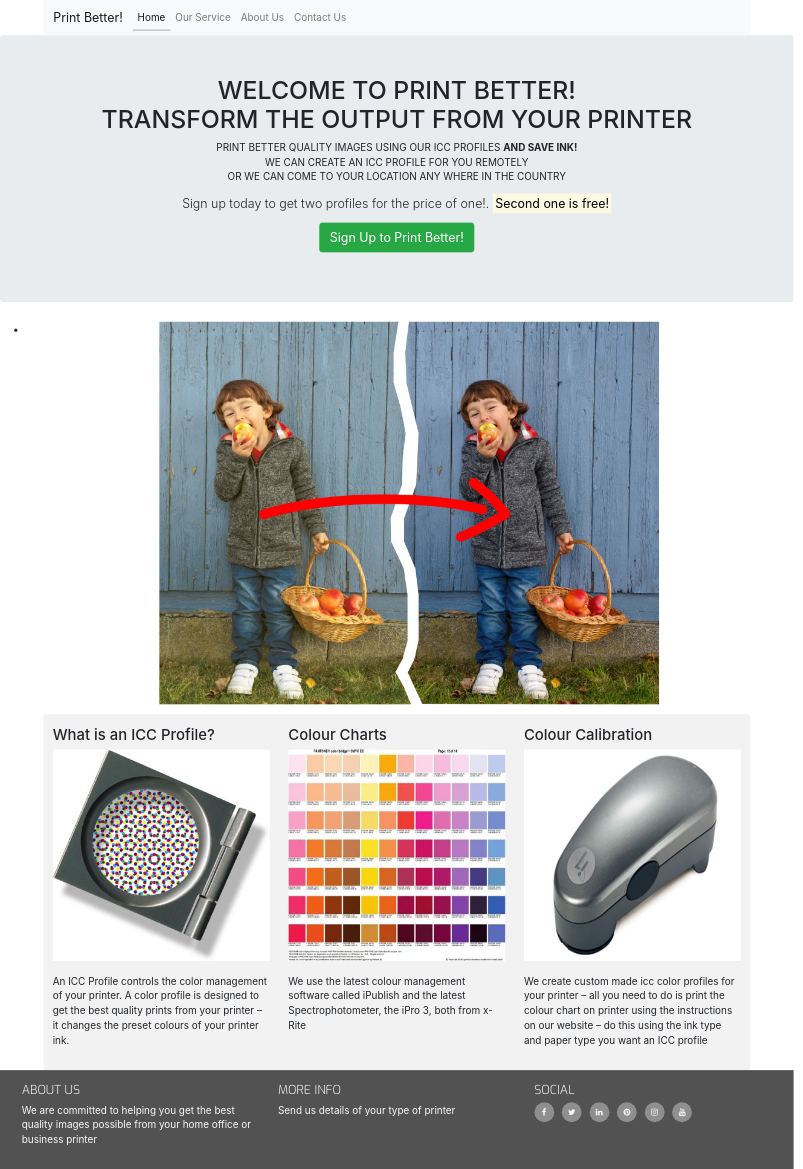
Repository: marks530/first_milestone
Page: navbar2.html
An editor plug-in stored every save of this project. The page is shown before and after the next save, followed by the edit.
The browser window is 1280 px wide. The page is 1280 px wide, then 1295 px, so the pictures cover 1295 px, including what lies to the right of the window. The pictures show the whole page, at 62% of full size.
Some web libraries are served in a nearby version.

Above is the page before, as saved 2021-03-22 16:48:52.

After the next save:
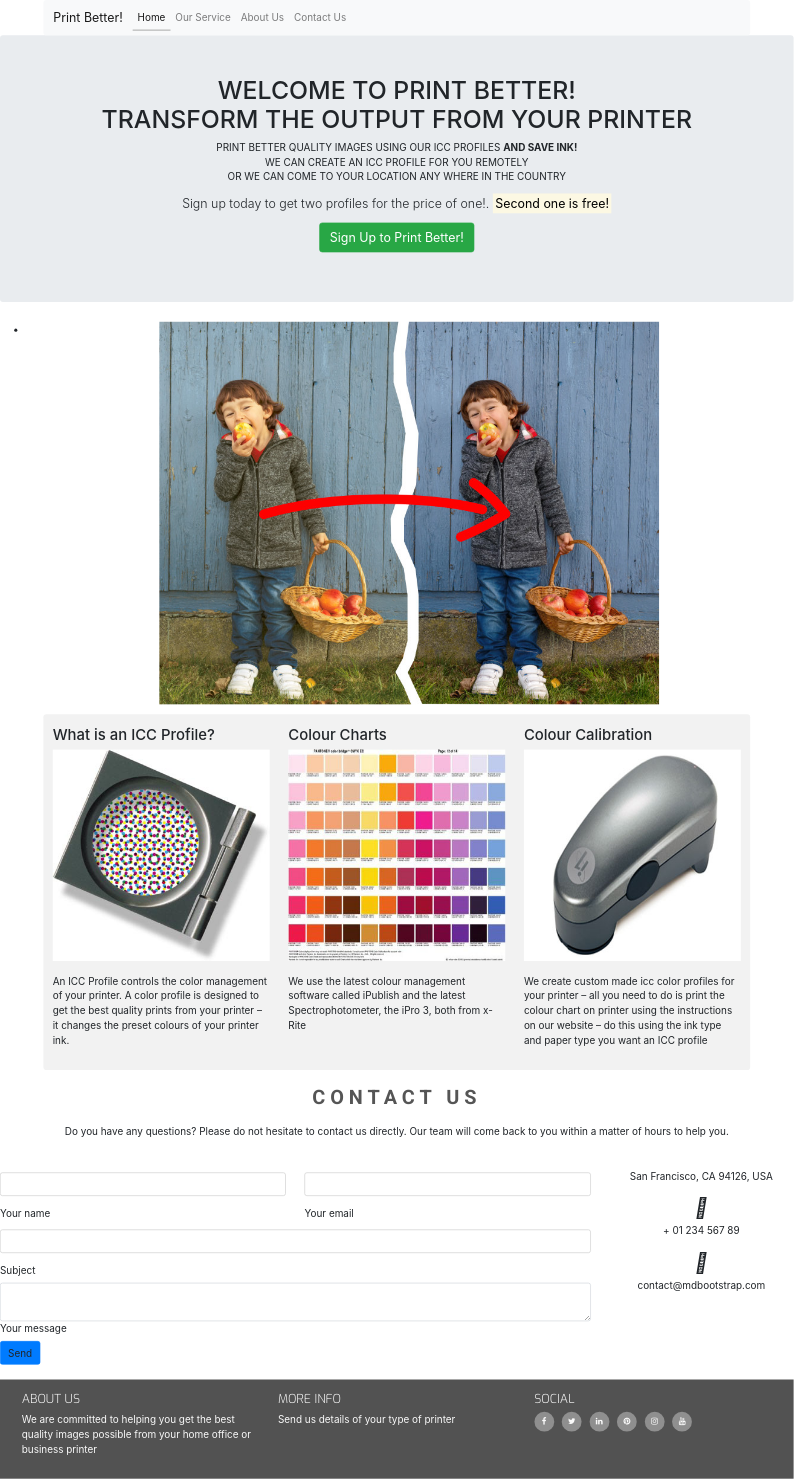
Saved 8 min 23 s later.
--- a/navbar2.html
+++ b/navbar2.html
@@ -125,6 +125,101 @@
             </div>
         </div>
     </section>
+    <!--Section: Contact v.2-->
+    <section class="mb-4">
+
+        <!--Section heading-->
+        <h2 class="h1-responsive font-weight-bold text-center my-4">Contact us</h2>
+        <!--Section description-->
+        <p class="text-center w-responsive mx-auto mb-5">Do you have any questions? Please do not hesitate to contact us directly. Our team will come back to you within a matter of hours to help you.</p>
+
+        <div class="row">
+
+            <!--Grid column-->
+            <div class="col-md-9 mb-md-0 mb-5">
+                <form id="contact-form" name="contact-form" action="mail.php" method="POST">
+
+                    <!--Grid row-->
+                    <div class="row">
+
+                        <!--Grid column-->
+                        <div class="col-md-6">
+                            <div class="md-form mb-0">
+                                <input type="text" id="name" name="name" class="form-control">
+                                <label for="name" class="">Your name</label>
+                            </div>
+                        </div>
+                        <!--Grid column-->
+
+                        <!--Grid column-->
+                        <div class="col-md-6">
+                            <div class="md-form mb-0">
+                                <input type="text" id="email" name="email" class="form-control">
+                                <label for="email" class="">Your email</label>
+                            </div>
+                        </div>
+                        <!--Grid column-->
+
+                    </div>
+                    <!--Grid row-->
+
+                    <!--Grid row-->
+                    <div class="row">
+                        <div class="col-md-12">
+                            <div class="md-form mb-0">
+                                <input type="text" id="subject" name="subject" class="form-control">
+                                <label for="subject" class="">Subject</label>
+                            </div>
+                        </div>
+                    </div>
+                    <!--Grid row-->
+
+                    <!--Grid row-->
+                    <div class="row">
+
+                        <!--Grid column-->
+                        <div class="col-md-12">
+
+                            <div class="md-form">
+                                <textarea type="text" id="message" name="message" rows="2" class="form-control md-textarea"></textarea>
+                                <label for="message">Your message</label>
+                            </div>
+
+                        </div>
+                    </div>
+                    <!--Grid row-->
+
+                </form>
+
+                <div class="text-center text-md-left">
+                    <a class="btn btn-primary" onclick="document.getElementById('contact-form').submit();">Send</a>
+                </div>
+                <div class="status"></div>
+            </div>
+            <!--Grid column-->
+
+            <!--Grid column-->
+            <div class="col-md-3 text-center">
+                <ul class="list-unstyled mb-0">
+                    <li><i class="fas fa-map-marker-alt fa-2x"></i>
+                        <p>San Francisco, CA 94126, USA</p>
+                    </li>
+
+                    <li><i class="fas fa-phone mt-4 fa-2x"></i>
+                        <p>+ 01 234 567 89</p>
+                    </li>
+
+                    <li><i class="fas fa-envelope mt-4 fa-2x"></i>
+                        <p>contact@mdbootstrap.com</p>
+                    </li>
+                </ul>
+            </div>
+            <!--Grid column-->
+
+        </div>
+
+    </section>
+    <!--Section: Contact v.2-->
     <footer class="container-fluid">
         <div id="footer-details" class="row">
             <div class="col-sm-4">
